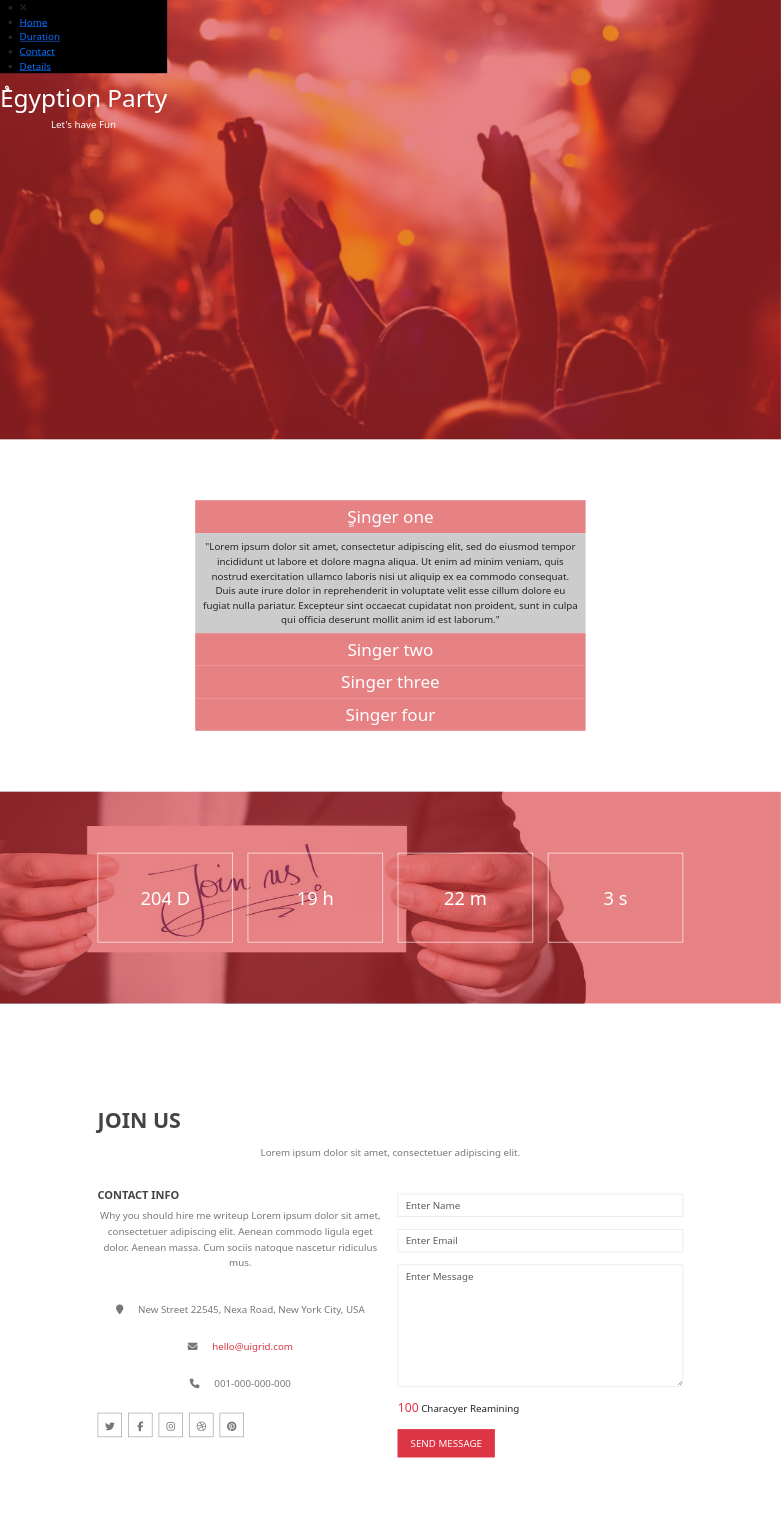
Repository: HagarYousry/jQuery
Page: index.html
An editor plug-in stored every save of this project. The page is shown before and after the next save, followed by the edit.
The browser window is 1280 px wide. The pictures show the whole page, at 61% of full size.

Above is the page before, as saved 2024-07-25 18:02:28.

After the next save:
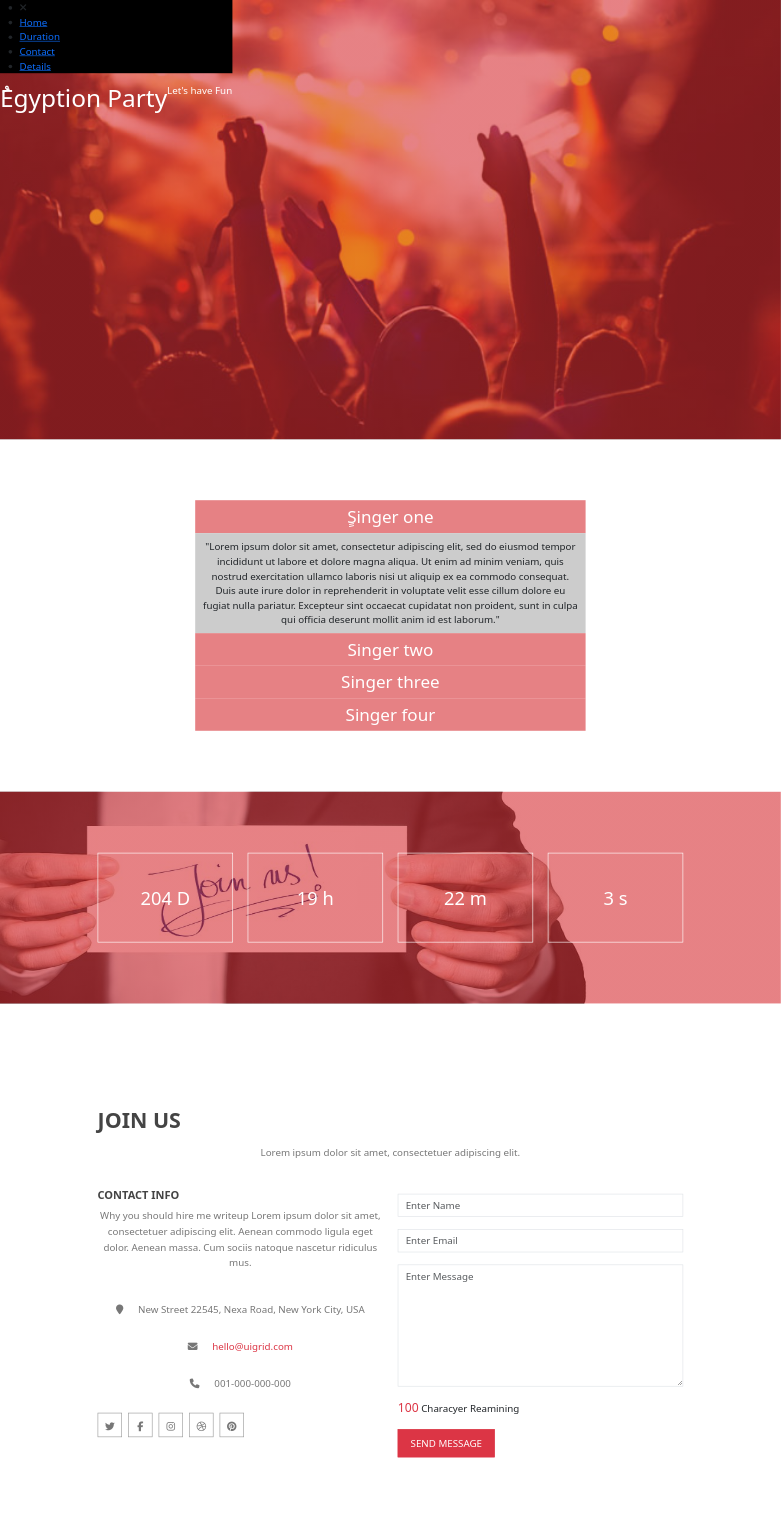
Saved 7 s later.
--- a/index.html
+++ b/index.html
@@ -29,7 +29,7 @@
                 </ul>
             </div>
 
-            <div class="home-title d text-center text-white">
+            <div class="home-title d-flex align-ite text-center text-white">
                 <h1>ُEgyption Party</h1>
                 <p>Let's have Fun</p>
             </div>
